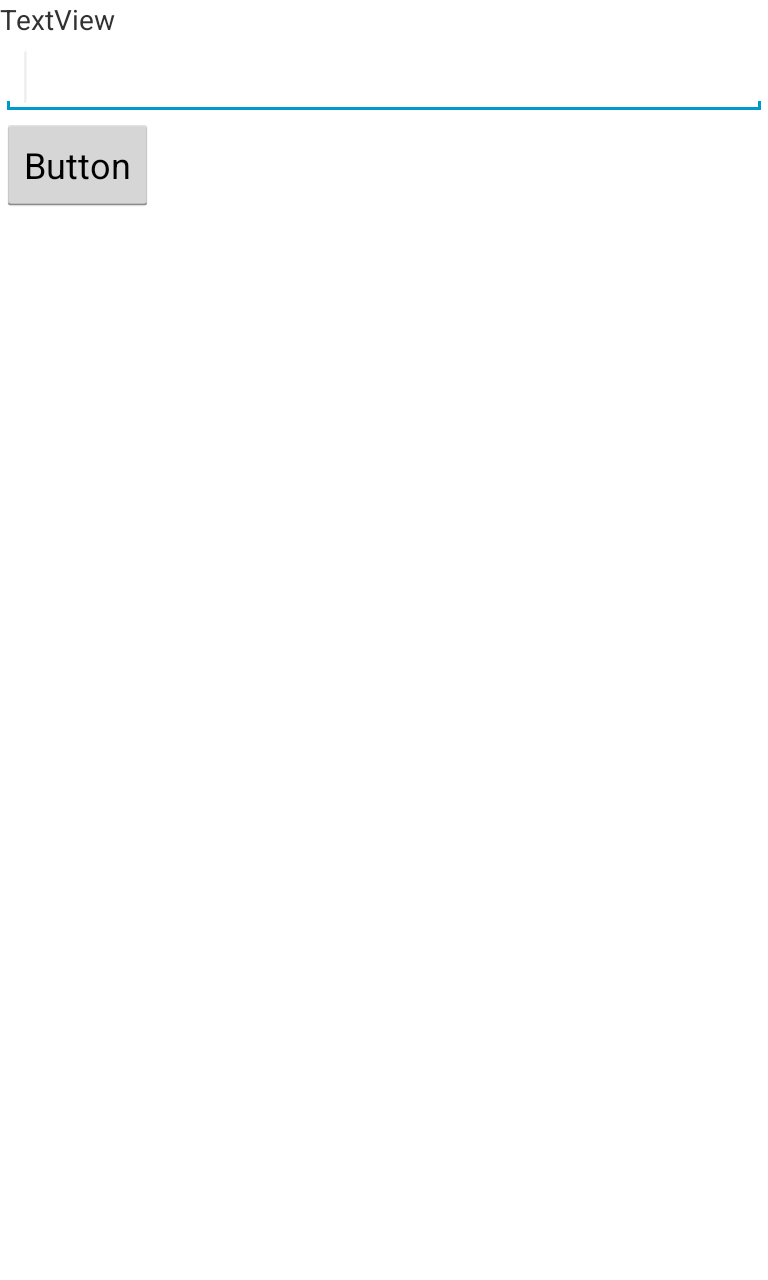
Repository: yuanpeixin/Project
Layout: GameForum/res/layout/add_reply.xml
An editor plug-in stored every save of this project. The layout is shown before and after the next save, followed by the edit.
It is drawn on a 768 x 1280 px phone screen (xhdpi) without system bars, with theme AppTheme; the app's code is not run.

Above is the layout before, as saved 2015-10-07 03:35:59.

### GameForum/res/layout/add_reply.xml
<?xml version="1.0" encoding="utf-8"?>
<LinearLayout xmlns:android="http://schemas.android.com/apk/res/android"
    android:layout_width="match_parent"
    android:layout_height="match_parent"
    android:orientation="vertical" >

    <TextView
        android:id="@+id/textView1"
        android:layout_width="wrap_content"
        android:layout_height="wrap_content"
        android:text="TextView" />

    <EditText
        android:id="@+id/editText1"
        android:layout_width="match_parent"
        android:layout_height="wrap_content"
        android:ems="10"
        android:inputType="textMultiLine" >

        <requestFocus />
    </EditText>

    <Button
        android:id="@+id/button1"
        android:layout_width="wrap_content"
        android:layout_height="wrap_content"
        android:text="Button" />

</LinearLayout>

### GameForum/res/values/styles.xml
<resources>

    <!--
        Base application theme, dependent on API level. This theme is replaced
        by AppBaseTheme from res/values-vXX/styles.xml on newer devices.

    -->
    <style name="AppBaseTheme" parent="android:Theme.Light">
        <!--
            Theme customizations available in newer API levels can go in
            res/values-vXX/styles.xml, while customizations related to
            backward-compatibility can go here.

        -->
    </style>

    <!-- Application theme. -->
    <style name="AppTheme" parent="AppBaseTheme">
        <!-- All customizations that are NOT specific to a particular API-level can go here. -->
    </style>

    <style name="WhiteText">
        <item name="android:layout_width">fill_parent</item>
        <item name="android:layout_height">wrap_content</item>
        <item name="android:textColor">#ffffff</item>
        <item name="android:gravity">center</item>
        <item name="android:layout_margin">1dp</item>
        <item name="android:textSize">18sp</item>
        <item name="android:textStyle">bold</item>
        <item name="android:shadowColor">#000000</item>
        <item name="android:shadowDx">1</item>
        <item name="android:shadowDy">1</item>
        <item name="android:shadowRadius">2</item>
    </style>

    <style name="BlackText">
        <item name="android:layout_width">fill_parent</item>
        <item name="android:layout_height">wrap_content</item>
        <item name="android:textColor">#000000</item>
        <item name="android:gravity">center</item>
        <item name="android:layout_margin">5dp</item>
        <item name="android:textSize">25sp</item>
        <item name="android:textStyle">bold</item>
        <item name="android:shadowColor">#ffffff</item>
        <item name="android:shadowDx">1</item>
        <item name="android:shadowDy">1</item>
        <item name="android:shadowRadius">2</item>
    </style>



</resources>

Loaded but not shown: GameForum/res/values-v11/styles.xml (common file); GameForum/res/values-v14/styles.xml (common file)

After the next save:
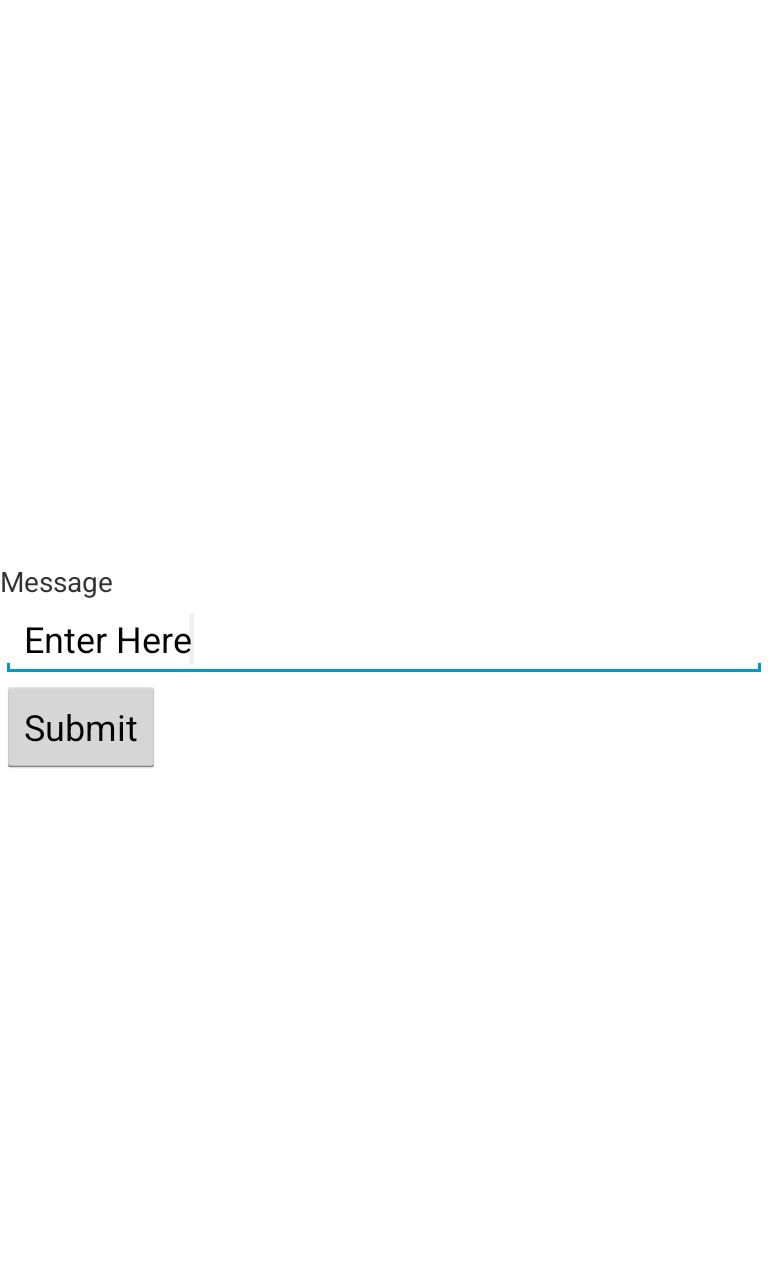
Saved 3 min 49 s later.
--- a/GameForum/res/layout/add_reply.xml
+++ b/GameForum/res/layout/add_reply.xml
@@ -1,29 +1,34 @@
 <?xml version="1.0" encoding="utf-8"?>
-<LinearLayout xmlns:android="http://schemas.android.com/apk/res/android"
+<RelativeLayout xmlns:android="http://schemas.android.com/apk/res/android"
     android:layout_width="match_parent"
     android:layout_height="match_parent"
     android:orientation="vertical" >
 
     <TextView
-        android:id="@+id/textView1"
         android:layout_width="wrap_content"
         android:layout_height="wrap_content"
-        android:text="TextView" />
+        android:layout_above="@id/arET"
+        android:layout_alignParentLeft="true"
+        android:text="Message" />
 
     <EditText
-        android:id="@+id/editText1"
+        android:id="@+id/arET"
         android:layout_width="match_parent"
         android:layout_height="wrap_content"
+        android:layout_centerInParent="true"
         android:ems="10"
-        android:inputType="textMultiLine" >
+        android:inputType="textMultiLine"
+        android:text="Enter Here" >
 
         <requestFocus />
     </EditText>
 
     <Button
-        android:id="@+id/button1"
+        android:id="@+id/arSubmit"
         android:layout_width="wrap_content"
         android:layout_height="wrap_content"
-        android:text="Button" />
+        android:layout_below="@+id/arET"
+        android:layout_alignParentRight=""
+        android:text="Submit" />
 
-</LinearLayout>
+</RelativeLayout>
